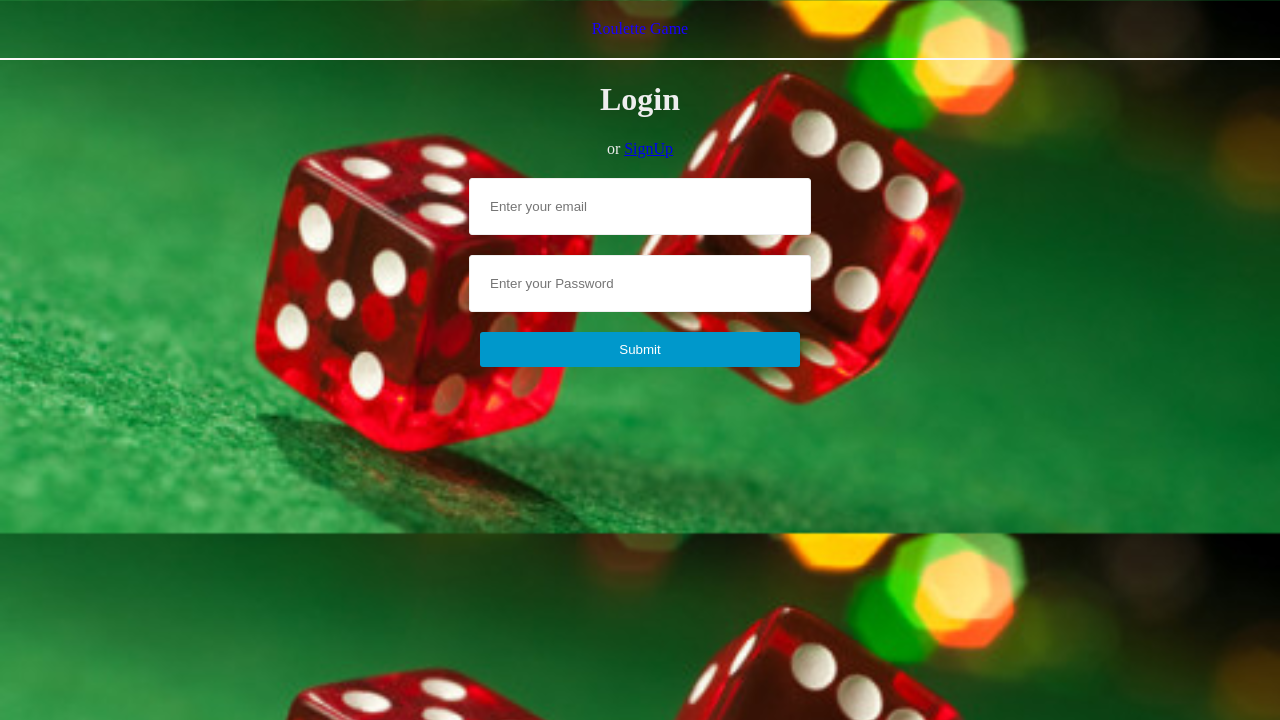
Repository: s-galvez19/php-finalProject
Page: http://localhost/login.php
These files come from the project's save history. The page is drawn as it stood at one moment and after the next save; the edit follows.
The browser window is 1280 px wide. The pictures show the whole page.
The page is run by PHP 8.4 with error messages shown; the project is at /var/www/html/.

Above is the page before, as saved 2019-01-28 17:56:45.

After the next save:
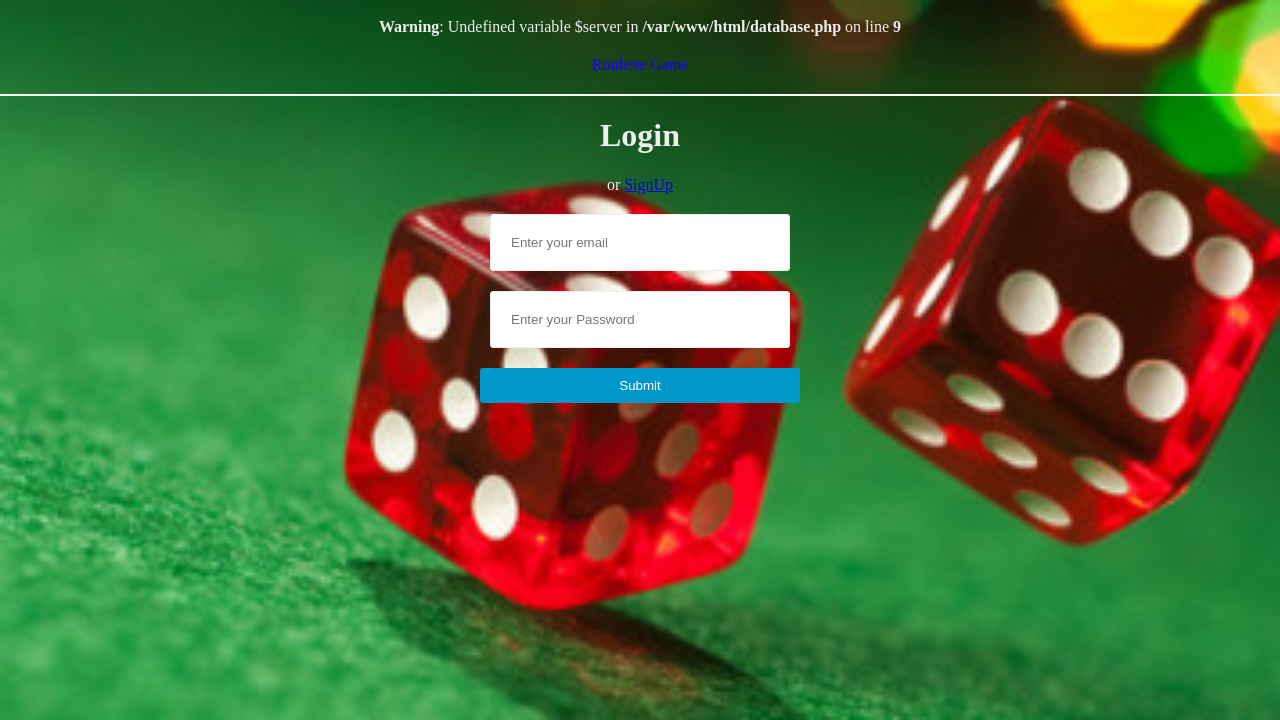
Saved 3 min 1 s later.
--- a/database.php
+++ b/database.php
@@ -1,6 +1,6 @@
 <?php
 
-$server = 'localhost:3306';
+// $server = 'localhost:3306';
 $username = 'root';
 $password = '';
 $database = 'php_login_database';

After the 3 saves that followed:
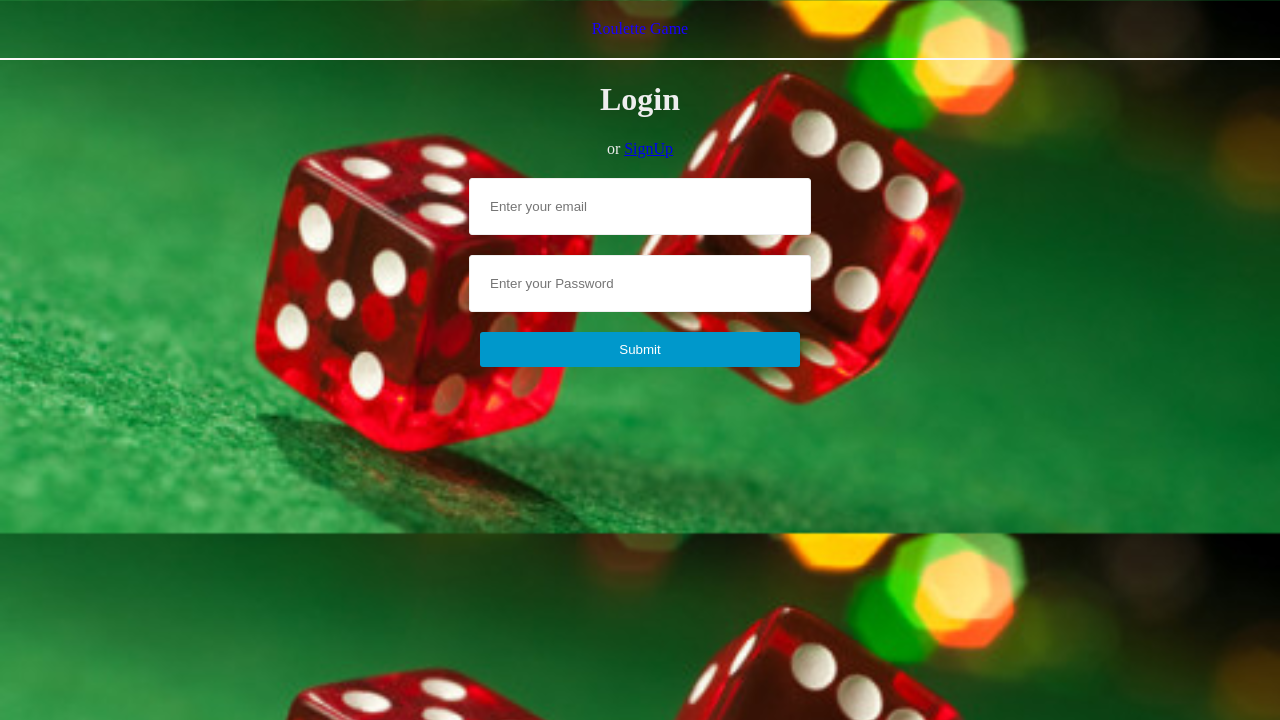
The 3 saves are shown as one change because they came seconds apart.
The last was saved 23 s later.
--- a/database.php
+++ b/database.php
@@ -1,6 +1,6 @@
 <?php
 
-// $server = 'localhost:3306';
+$server = 'localhost:3306';
 $username = 'root';
 $password = '';
 $database = 'php_login_database';
